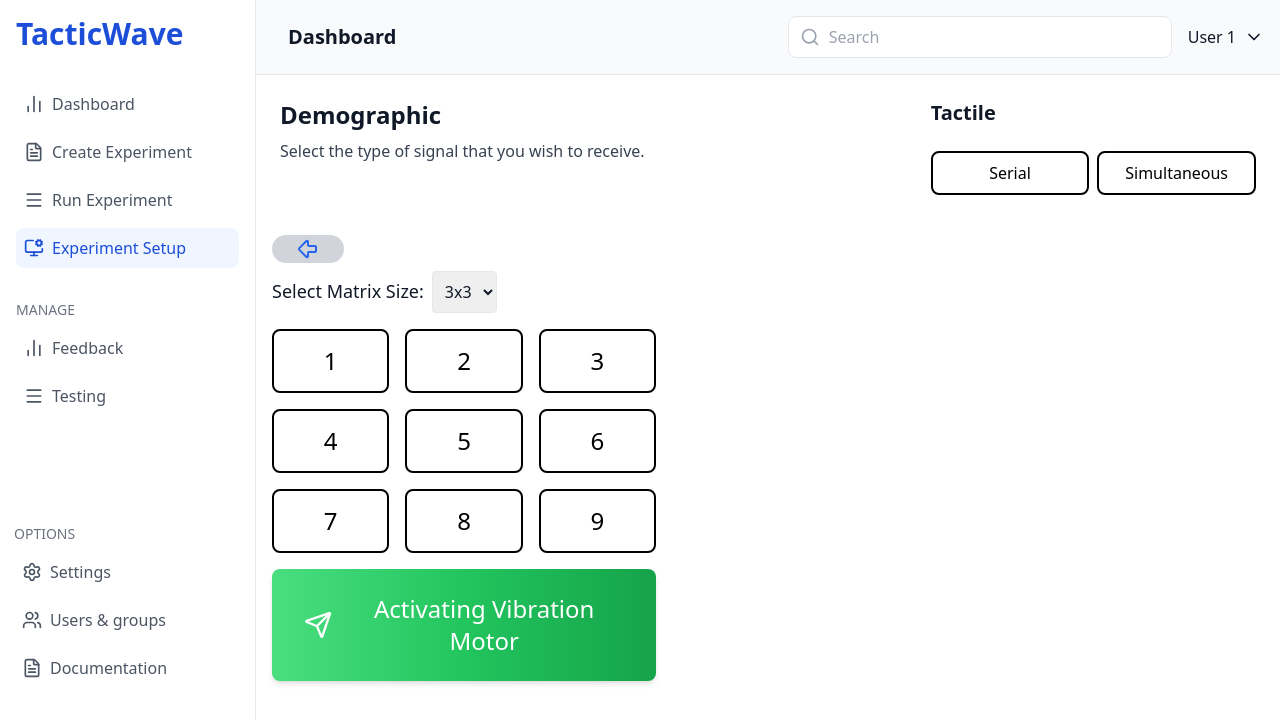
Repository: Nguyenle23/TacticWave
Page: /setup (app in Client/)
The author's editor kept a copy of each file at every save. The page is drawn from the files as they stood at one save, then again after the next save.
The browser window is 1280 px wide. The pictures show the whole page.
The project was rebuilt for these pictures with package versions that can differ from the ones it lists, and the page was loaded fresh each time. Also part of the build but not shown: Client/vite.config.js, Client/src/components/commons/Modal.jsx, Client/src/components/dashboard/ExperimentList/ExperimentItem.jsx, Client/src/components/dashboard/ExperimentList/ExperimentList.jsx, Client/src/components/dashboard/Statistics/StatisticsCard.jsx, Client/src/components/dashboard/Statistics/Statistics.jsx, Client/src/components/dashboard/Dashboard.jsx, Client/src/pages/DashboardPage.jsx and 7 more.

Above is the page before, as saved 2024-12-07 15:25:51.

### Client/index.html
<!doctype html>
<html lang="en">
  <head>
    <meta charset="UTF-8" />
    <link rel="icon" type="image/svg+xml" href="/vite.svg" />
    <meta name="viewport" content="width=device-width, initial-scale=1.0" />
    <title>TacticWave</title>
  </head>
  <body>
    <div id="root"></div>
    <script type="module" src="/src/main.jsx"></script>
  </body>
</html>

### Client/src/index.css
/* index.css */
@tailwind base;
@tailwind components;
@tailwind utilities;

/* Custom styles for the project */
body {
  @apply bg-gray-100 text-gray-900;
}

h1, h2, h3, h4, h5, h6 {
  @apply font-semibold;
}

a {
  @apply text-blue-600 hover:text-blue-800;
}

button {
  @apply bg-blue-600 text-white rounded-lg px-4 py-2 hover:bg-blue-700;
}

input, textarea {
  @apply border rounded-lg px-4 py-2 focus:outline-none focus:ring-2 focus:ring-blue-500;
}

### Client/src/pages/ExperimentSetupPage.jsx
import React from "react";
import { Layout } from "../components/layouts/Layout";
import { ExperimentSetup } from "../components/dashboard/ExperimentSetup/ExperimentSetup";

const ExperimentSetupPage = () => {
  return (
    <Layout>
      <ExperimentSetup />
    </Layout>
  );
};

export default ExperimentSetupPage;

### Client/src/components/layouts/Layout.jsx
//layout
import React, { useState } from 'react';
import { Sidebar } from './sidebar/Sidebar';
import { Header } from './header/Header';
import { Navbar } from './navbar/Navbar';

export const Layout = ({ children }) => {
  const [isMobileNavOpen, setIsMobileNavOpen] = useState(false);

  return (
    <div className="flex h-screen">
      <Sidebar />
      <Navbar
        isOpen={isMobileNavOpen}
        onClose={() => setIsMobileNavOpen(false)}
      />
      <div className="flex-1 flex flex-col w-full max-h-screen">
        <Header onMenuClick={() => setIsMobileNavOpen(true)} />
        <main className="flex-1 overflow-auto bg-white">
          {children}
        </main>
      </div>
    </div>
  );
};

### Client/src/components/dashboard/ExperimentSetup/ExperimentSetup.jsx
import React, { useState, useEffect } from "react";
import { Link } from "react-router-dom";
import { ArrowBigLeft, Send } from "lucide-react";
import { Button } from "../../commons/Button";
import { NodeConfiguration } from "../../commons/NodeConfiguration";
import { runExp } from "../../apis/callAPI";
import SwitchButton from "../../commons/Switch";

export const ExperimentSetup = () => {
  const [matrixSize, setMatrixSize] = useState(3);
  const [buttonProperty, setButtonProperty] = useState(1); // Initialize to default node
  const [intensity, setIntensity] = useState(0);
  const [duration, setDuration] = useState(0);
  const [order, setOrder] = useState(1);
  const [listings, setListings] = useState([]); // Tracks saved nodes
  const [error, setError] = useState("");
  const [type, setType] = useState(null); // State for Sequential/Simultaneous
  const [openSeq, setOpenSeq] = useState(false);
  const [openSerial, setOpenSerial] = useState(false);
  const [delay, setDelay] = useState(undefined);
  const [delayPerNode, setDelayPerNode] = useState(undefined);

  // Update buttonProperty when matrixSize changes
  useEffect(() => {
    setButtonProperty(null);
  }, [matrixSize]);

  const getSliderBackground = (value, max) => {
    const percentage = (value / max) * 100;
    return `linear-gradient(to right, #3B82F6 0%, #3B82F6 ${percentage}%, #E5E7EB ${percentage}%, #E5E7EB 100%)`;
  };

  const handleSwitchChange = (newState) => {
    setType(newState ? "Overlap" : "Serial");
  };

  const saveAndOut = () => {
    if (!openSerial && (!intensity || !duration)) {
      setError("Please fill out all required fields!");
      return;
    }

    const newListing = {
      node: buttonProperty,
      intensity: parseInt(intensity, 10) || 0, // Default to 0 if empty
      duration: parseFloat(duration, 10) || 0, // Default to 0 if empty
      order: order,
    };

    // Update listings to highlight saved nodes
    setListings((prevListings) => {
      const updatedListings = [...prevListings];
      const existingIndex = updatedListings.findIndex(
        (item) => item.node === buttonProperty
      );
      if (existingIndex >= 0) {
        updatedListings[existingIndex] = newListing; // Update existing entry
      } else {
        updatedListings.push(newListing); // Add new entry
      }
      return updatedListings;
    });

    // Reset fields after saving
    setButtonProperty(0); // Reset to default node if needed
    setIntensity(0);
    setDuration(0);
    setOrder(order);
  };

  // Initialize matrix orders
  const initialOrders = {};
  for (let row = 0; row < matrixSize; row++) {
    for (let col = 0; col < matrixSize; col++) {
      initialOrders[`${row}-${col}`] = row * matrixSize + col + 1;
    }
  }
  const [orders, setOrders] = useState(initialOrders);

  const handleMatrixSizeChange = (event) => {
    setListings([]);
    const size = parseInt(event.target.value, 10);
    setMatrixSize(size);
    setOrders(() => {
      const newOrders = {};
      for (let row = 0; row < size; row++) {
        for (let col = 0; col < size; col++) {
          newOrders[`${row}-${col}`] = row * size + col + 1;
        }
      }
      return newOrders;
    });
  };

  const handleClick = (row, col) => {
    const order = orders[`${row}-${col}`];
    setButtonProperty(order);
    setIntensity(0);
    setDuration(0);
  };

  const handleSimultaneous = () => {
    setOpenSeq(false);
    setOpenSerial(false);
    setDelay(undefined);
    setType("Simultaneous");
  };

  const handleSerial = () => {
    setOpenSeq(false);
    setDelay(undefined);
    setOpenSerial(true);
    setType("Serial");
  };

  const isNodeSaved = (node) => listings.some((item) => item.node === node);

  // Handle Submit button click
  const handleSubmit = async () => {
    try {
      const payload = {
        listings,
        type,
      };

      // Add delay if it is not undefined
      if (delay !== undefined) {
        payload.delay = delay;
      }

      if (type !== null && delayPerNode !== undefined) {
        // Transform listings to only include node values
        const transformedListings = listings.map((item) => item.node);
        const transformedDurations = listings.map((item) => item.duration);
        const transformedIntensities = listings.map((item) => item.intensity);

        payload.listings = transformedListings; // Replace listings with transformed array
        payload.duration = transformedDurations; // Ensure it's a number
        payload.intensity = transformedIntensities; // Ensure it's a number
        payload.delay = parseFloat(delayPerNode); // Ensure it's a number
        payload.type = type;
      }
      console.log("Payload:", payload);
      const response = await runExp(payload);
      // console.log("Response:", response.data);
      // setListingsNode(response.data);
    } catch (error) {
      console.error("Error running experiment:", error);
    }
  };

  return (
    <div className = "flex flex-row md:flex-col">
      {/* Demographic */}
      <div className="flex justify-between items-start p-6">
        {/* Phần "hello" bên trái */}
        <div className="w-full">
          <h1 className="text-2xl font-bold mb-2">Demographic</h1>
          <p className="text-gray-700">
            Select the type of signal that you wish to receive.
          </p>
        </div>

                 {/* Phần bên phải theo cột */}
                 <div className="w-6/12 flex flex-col space-y-4">
            {/* Nhóm Nút "Serial" và "Simultaneous" */}
            <h1 className="text-xl font-bold mb-2">Tactile</h1>
            <div className="flex space-x-2">
              <Button
                onClick={handleSerial}
                className={`w-1/2 py-2 rounded transition-all duration-200 ${
                  type === "Serial" || type === "Overlap"
                    ? "bg-blue-800 text-white shadow-md"
                    : "bg-white border-2 border-solid border-black  hover:bg-gray-300 hover:text-black"
                }`}
              >
                Serial
              </Button>
              <Button
                onClick={handleSimultaneous}
                className={`w-1/2 py-2 rounded transition-all duration-200 ${
                  type === "Simultaneous"
                    ? "bg-blue-800 text-white shadow-md"
                    : "bg-white border-2 border-solid border-black  hover:bg-gray-300 hover:text-black"
                }`}
              >
                Simultaneous
              </Button>
            </div>

            {/* Các thành phần điều kiện khi chọn Serial hoặc Overlap */}
            {(openSeq || openSerial) && (
              <div className="flex flex-col space-y-4">
                {openSeq && (
                  <div>
                    <label className="block text-lg font-medium text-gray-700 mb-2">
                      Duration (0 - 15): {delay}
                    </label>
                    <div className="relative">
                      <input
                        type="range"
                        min="0"
                        max="15"
                        value={delay}
                        onChange={(e) => setDelay(e.target.value)}
                        className="w-full h-2 bg-gray-200 rounded-lg appearance-none cursor-pointer
                               focus:outline-none focus:ring-0
                               [&::-webkit-slider-thumb]:appearance-none [&::-webkit-slider-thumb]:w-4
                               [&::-webkit-slider-thumb]:h-4 [&::-webkit-slider-thumb]:bg-blue-500
                               [&::-webkit-slider-thumb]:rounded-full [&::-webkit-slider-thumb]:cursor-pointer
                               [&::-webkit-slider-thumb]:transition-all [&::-webkit-slider-thumb]:duration-150
                               [&::-webkit-slider-thumb]:hover:scale-110
                               [&::-moz-range-thumb]:appearance-none [&::-moz-range-thumb]:w-4
                               [&::-moz-range-thumb]:h-4 [&::-moz-range-thumb]:bg-blue-500
                               [&::-moz-range-thumb]:border-0
                               [&::-moz-range-thumb]:rounded-full [&::-moz-range-thumb]:cursor-pointer
                               [&::-moz-range-thumb]:transition-all [&::-moz-range-thumb]:duration-150
                               [&::-moz-range-thumb]:hover:scale-110
                               [&::-moz-range-progress]:bg-blue-500 [&::-moz-range-progress]:rounded-l-lg
                               [&::-moz-range-track]:bg-gray-200 [&::-moz-range-track]:rounded-lg"
                        style={{
                          background: getSliderBackground(delay, 15),
                        }}
                      />
                    </div>
                  </div>
                )}

                {openSerial && (
                  <>
                    <SwitchButton
                      isOn={type === "Overlap"}
                      onSwitchChange={handleSwitchChange}
                    />

                    <div>
                      <label className="block text-lg font-medium text-gray-700 mb-2">
                        Delay between nodes (0 - 15): {delayPerNode}
                      </label>
                      <div className="relative">
                        <input
                          type="range"
                          min="0"
                          max="15"
                          step="0.1"
                          value={delayPerNode}
                          onChange={(e) => setDelayPerNode(e.target.value)}
                          className="w-full h-2 bg-gray-200 rounded-lg appearance-none cursor-pointer
                                 focus:outline-none focus:ring-0
                                 [&::-webkit-slider-thumb]:appearance-none [&::-webkit-slider-thumb]:w-4
                                 [&::-webkit-slider-thumb]:h-4 [&::-webkit-slider-thumb]:bg-blue-500
                                 [&::-webkit-slider-thumb]:rounded-full [&::-webkit-slider-thumb]:cursor-pointer
                                 [&::-webkit-slider-thumb]:transition-all [&::-webkit-slider-thumb]:duration-150
                                 [&::-webkit-slider-thumb]:hover:scale-110
                                 [&::-moz-range-thumb]:appearance-none [&::-moz-range-thumb]:w-4
                                 [&::-moz-range-thumb]:h-4 [&::-moz-range-thumb]:bg-blue-500
                                 [&::-moz-range-thumb]:border-0
                                 [&::-moz-range-thumb]:rounded-full [&::-moz-range-thumb]:cursor-pointer
                                 [&::-moz-range-thumb]:transition-all [&::-moz-range-thumb]:duration-150
                                 [&::-moz-range-thumb]:hover:scale-110
                                 [&::-moz-range-progress]:bg-blue-500 [&::-moz-range-progress]:rounded-l-lg
                                 [&::-moz-range-track]:bg-gray-200 [&::-moz-range-track]:rounded-lg"
                          style={{
                            background: getSliderBackground(delayPerNode, 15),
                          }}
                        />
                      </div>
                    </div>
                  </>
                )}
              </div>
            )}
          </div>
      </div>

      <div className="flex flex-col md:flex-row w-full h-fit bg-gray-10 gap-8 my-4 px-4">
      <div className="md:w-2/5 w-full">
        {/* Top navigation and action buttons */}
        <div className="flex items-center justify-between mb-2">
          <Link
            to="/"
            className="px-6 py-0.5 bg-gray-300 rounded-full mr-2 hover:bg-gray-400"
          >
            <ArrowBigLeft />
          </Link>
        </div>

        <div className="mb-4">
          <label htmlFor="matrix-size" className="mr-2 text-lg font-medium">
            Select Matrix Size:
          </label>
          <select
            id="matrix-size"
            value={matrixSize}
            onChange={handleMatrixSizeChange}
            className="p-2 border rounded"
          >
            <option value="3">3x3</option>
            <option value="4">4x4</option>
            <option value="5">5x5</option>
          </select>
        </div>
        {/* <p>{JSON.stringify(type)}</p> */}

        {/* Matrix Display */}
        <div
          className={`grid grid-cols-${matrixSize} gap-4 mt-1`}
          style={{
            gridTemplateColumns: `repeat(${matrixSize}, minmax(0, 1fr))`,
          }}
        >
          {Array.from({ length: matrixSize }).map((_, row) =>
            Array.from({ length: matrixSize }).map((_, col) => {
              const node = orders[`${row}-${col}`];
              return (
                <Button
                  key={`${row}-${col}`}
                  onClick={() => handleClick(row, col)}
                  className={`w-full h-16 rounded-3xl flex items-center justify-center text-2xl font-bold transition-all duration-200 ${
                    buttonProperty === node || isNodeSaved(node)
                      ? "bg-blue-800 text-white shadow-md"
                      : "bg-white text-black hover:bg-gray-300 border-2 border-solid border-black"
                  }`}
                >
                  {node}
                </Button>
              );
            })
          )}
        </div>

        {/* Submit Button */}
        <div className="mt-4 flex items-center justify-center w-full">
          <Button
            onClick={handleSubmit}
            className="w-full px-8 py-6 bg-gradient-to-r from-green-400 via-green-500 to-green-600 text-white text-2xl font-bold rounded-full shadow-md hover:shadow-lg hover:from-green-500 hover:to-green-700 flex items-center justify-center transition-all duration-300"
          >
            <Send size={30} className="mr-3" />
            Activating Vibration Motor
          </Button>
        </div>
        {/* Sequential and Simultaneous Buttons */}
      </div>

      <div className="md:w-3/5 w-full flex flex-col">
        {/* Slider Controls */}

        {buttonProperty && (
          <div className="flex justify-between items-start p-6">
            <NodeConfiguration
              isSerial={openSerial}
              isEdit={false}
              nodeNumber={buttonProperty}
              intensity={intensity}
              setIntensity={setIntensity}
              duration={duration}
              setDuration={setDuration}
              order={order}
              setOrder={setOrder}
              listings={listings}
              onClose={() => setButtonProperty(1)} // Reset to default node on close
              onSave={saveAndOut}
              error={error}
            />
          </div>
        )}
      </div>
    </div>
    </div>

  );
};

### Client/src/components/layouts/header/Header.jsx
import React from "react";
import { Menu, ChevronDown } from "lucide-react";
import { SearchBar } from "../../commons/SearchBar";

export const Header = ({ onMenuClick }) => {
  return (
    <div className="flex justify-between items-center p-4 border-b bg-gray-50">
      <div className="flex items-center space-x-4">
        <button onClick={onMenuClick} className="lg:hidden p-2">
          <Menu size={24} />
        </button>
        <h2 className="text-xl font-semibold">Dashboard</h2>
      </div>
      <div className="flex items-center space-x-4">
        <SearchBar className="hidden md:block w-48 lg:w-96" />
        <div className="flex items-center space-x-2 cursor-pointer">
          <span>User 1</span>
          <ChevronDown size={20} />
        </div>
      </div>
    </div>
  );
};

### Client/src/components/layouts/navbar/Navbar.jsx
import React from 'react';
// import { X } from 'lucide-react';
// import { SidebarItem } from './Sidebar';
// import { NAVIGATION_ITEMS, MANAGE_ITEMS } from '../../constants/navigation';

export const Navbar = ({ isOpen, onClose }) => {
  return (
    <div className={`lg:hidden fixed inset-0 z-50 ${isOpen ? 'block' : 'hidden'}`}>
      <div className="absolute inset-0 bg-black bg-opacity-50" onClick={onClose} />
      <div className="absolute inset-y-0 left-0 w-64 bg-white shadow-xl">
        {/* ... Same content as Sidebar but with close button ... */}
      </div>
    </div>
  );
};

### Client/src/components/commons/Button.jsx
//button
import React from 'react';

export const Button = ({
  children,
  variant = 'primary',
  className = '',
  ...props
}) => {
  const baseStyles = 'px-4 py-2 rounded-lg font-medium transition-colors';
  const variants = {
    primary: 'bg-blue-600 text-black hover:bg-blue-700',
    secondary: 'text-white-600 hover:text-black-700',
  };

  return (
    <button
      className={`${baseStyles} ${variants[variant]} ${className}`}
      {...props}
    >
      {children}
    </button>
  );
};

### Client/src/constants/navigation.jsx
export const NAVIGATION_ITEMS = [
  { icon: 'BarChart2', label: 'Dashboard', path: '/' },
  { icon: 'FileText', label: 'Create Experiment', path: '/matrix' },
  { icon: 'Menu', label: 'Run Experiment', path: '/run' },
  { icon: 'MonitorCogIcon', label: 'Experiment Setup', path: '/setup' },
];

export const MANAGE_ITEMS = [
  { icon: 'BarChart2', label: 'Feedback', path: '/manage/dashboard' },
  { icon: 'Menu', label: 'Testing', path: '/manage/run' },
];

export const OPTION_ITEMS = [
  { icon: 'Settings', label: 'Settings', path: '/manage/settings' },
  { icon: 'Users', label: 'Users & groups', path: '/manage/users' },
  { icon: 'FileText', label: 'Documentation', path: '/manage/docs' },
];

### Client/src/components/commons/SearchBar.jsx
import React from 'react';
import { Search } from 'lucide-react';

export const SearchBar = ({ className = '', ...props }) => {
  return (
    <div className={`relative ${className}`}>
      <Search
        className="absolute left-3 top-1/2 transform -translate-y-1/2 text-gray-400"
        size={20}
      />
      <input
        type="text"
        placeholder="Search"
        className="pl-10 pr-4 py-2 border rounded-lg w-full focus:outline-none focus:ring-2 focus:ring-blue-500"
        {...props}
      />
    </div>
  );
};

Loaded but not shown: Client/src/main.jsx (common file); Client/tailwind.config.js (10 lines, source omitted); Client/src/components/commons/NodeConfiguration.jsx (149 lines, source omitted); Client/src/App.jsx (122 lines, source omitted); Client/src/components/layouts/sidebar/Sidebar.jsx (73 lines, source omitted); Client/src/components/apis/callAPI.jsx (44 lines, source omitted); Client/src/components/layouts/sidebar/SidebarItem.jsx (28 lines, source omitted)

After the next save:
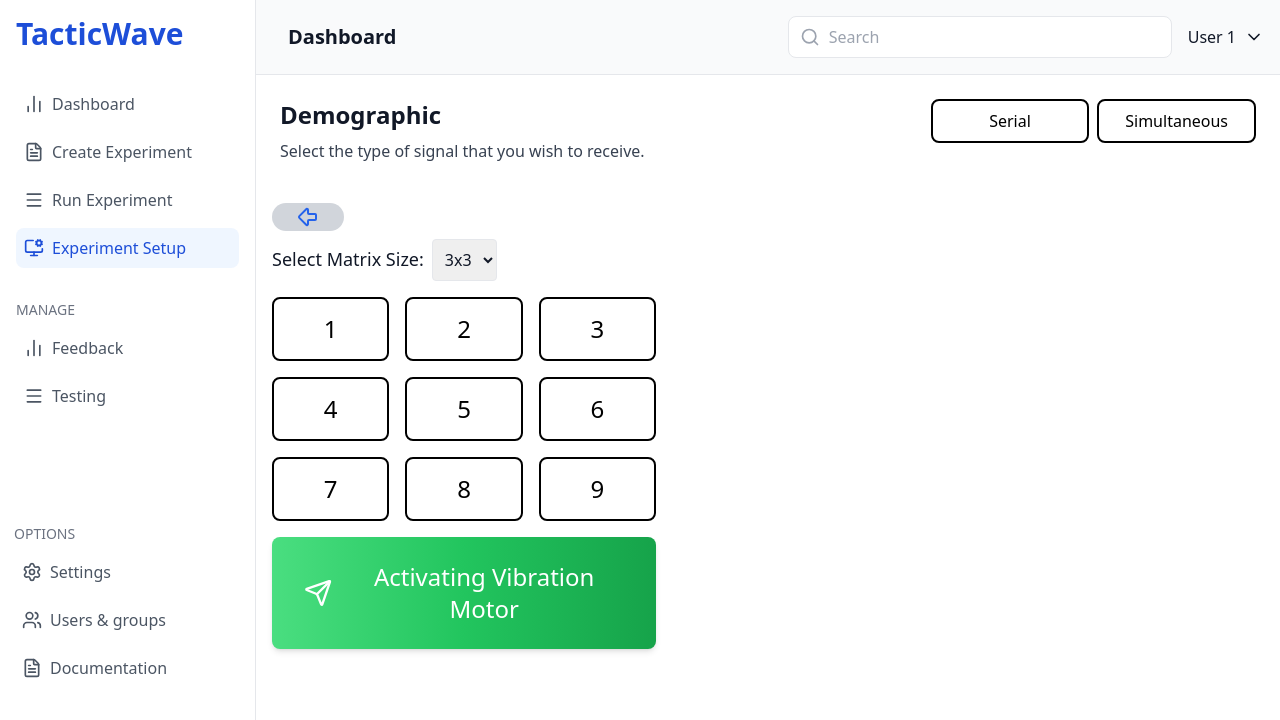
Saved 7 h 56 min later.
--- a/Client/src/components/dashboard/ExperimentSetup/ExperimentSetup.jsx
+++ b/Client/src/components/dashboard/ExperimentSetup/ExperimentSetup.jsx
@@ -164,7 +164,6 @@
                  {/* Phần bên phải theo cột */}
                  <div className="w-6/12 flex flex-col space-y-4">
             {/* Nhóm Nút "Serial" và "Simultaneous" */}
-            <h1 className="text-xl font-bold mb-2">Tactile</h1>
             <div className="flex space-x-2">
               <Button
                 onClick={handleSerial}

After the save that followed:
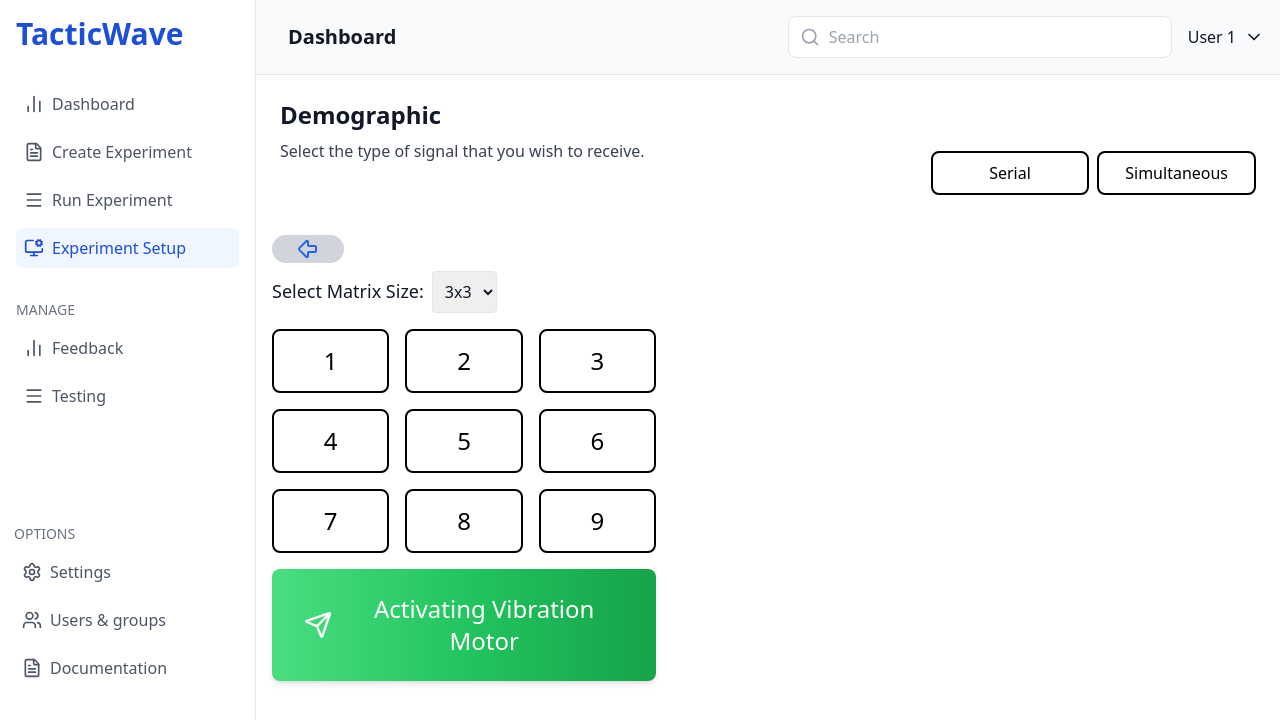
Saved 19 s later.
--- a/Client/src/components/dashboard/ExperimentSetup/ExperimentSetup.jsx
+++ b/Client/src/components/dashboard/ExperimentSetup/ExperimentSetup.jsx
@@ -164,6 +164,7 @@
                  {/* Phần bên phải theo cột */}
                  <div className="w-6/12 flex flex-col space-y-4">
             {/* Nhóm Nút "Serial" và "Simultaneous" */}
+            <h1 className="text-xl font-bold text-white mb-2">Tactile</h1>
             <div className="flex space-x-2">
               <Button
                 onClick={handleSerial}
